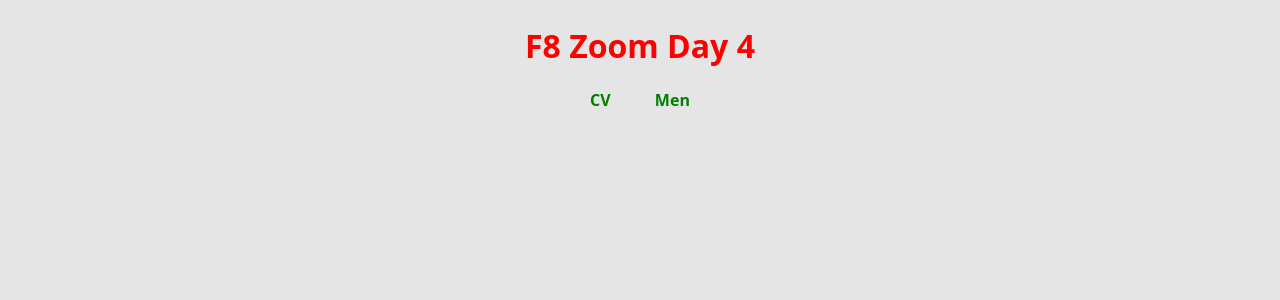
Repository: lannguyen1301/f8-zoom-day-4
Page: index.html
An editor plug-in stored every save of this project. The page is shown before and after the next save, followed by the edit.
The browser window is 1280 px wide. The pictures show the whole page.

Above is the page before, as saved 2025-04-17 21:47:56.

After the next save:
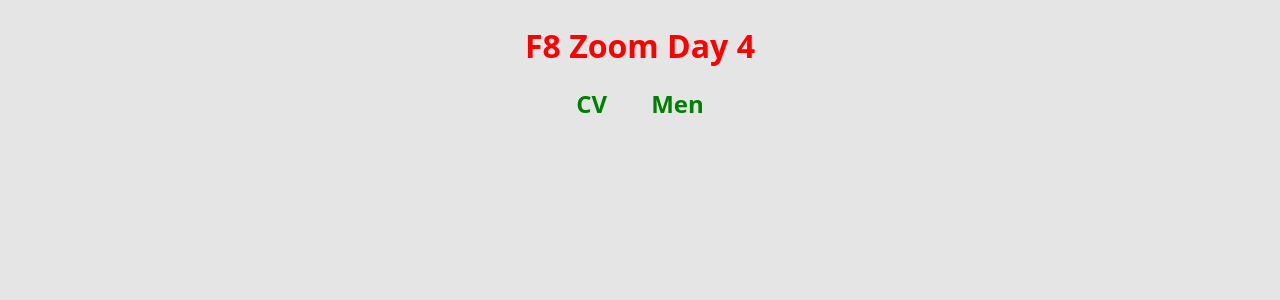
Saved 4 s later.
--- a/assets/css/style.css
+++ b/assets/css/style.css
@@ -33,7 +33,7 @@ a {
     display: inline-block;
     margin: 0 20px;
     font-weight: 900;
-    fz
+    font-size: 1.5rem;
 }
 
 .link {
